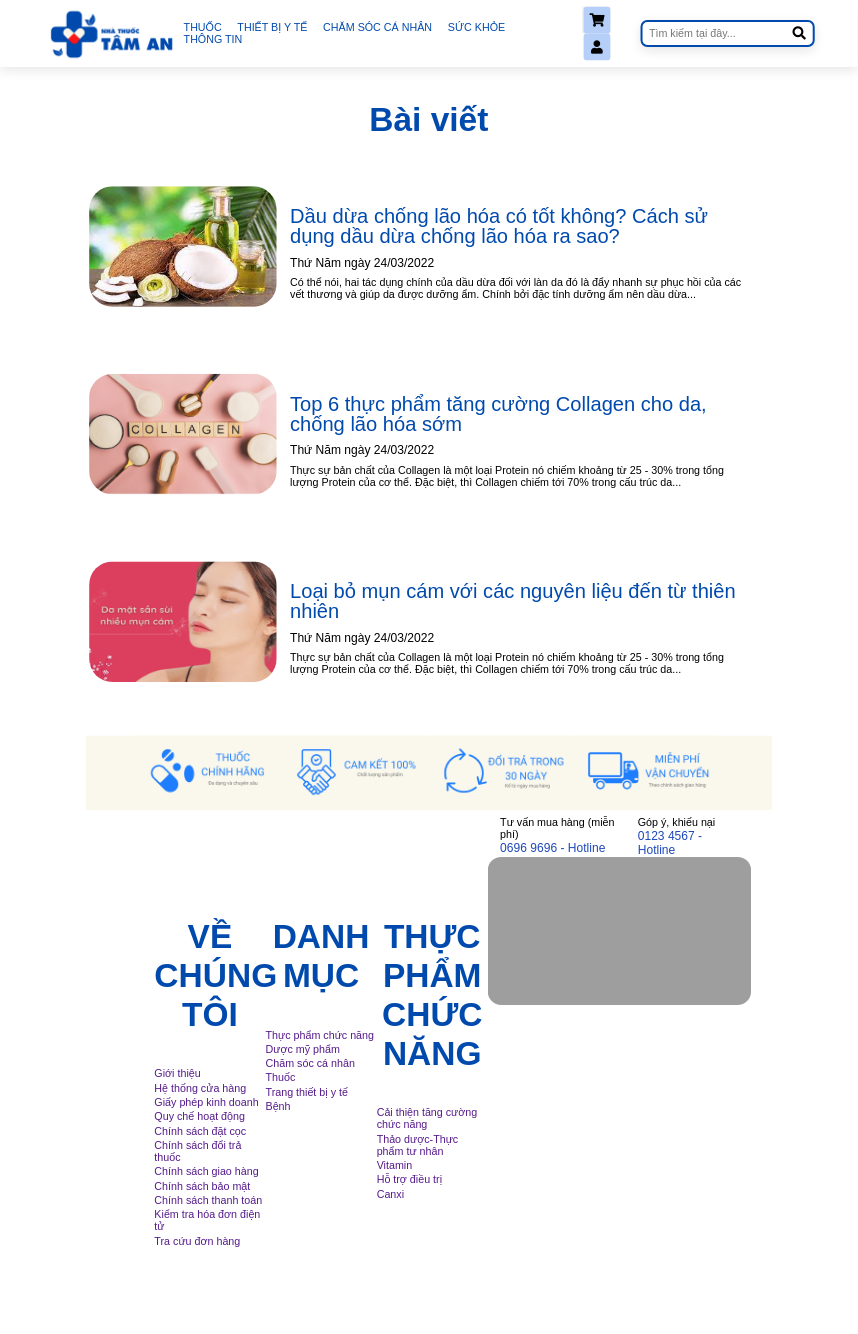
Repository: ViralAIWorks/TamAnPharmacy.github.io
Page: pages/chamsoccanhan.html
These files come from the project's save history. The page is drawn as it stood at one moment and after the next save; the edit follows.
The browser window is 1280 px wide. The pictures show the whole page, at 67% of full size.
Pictures or frames that could not be fetched are drawn as grey boxes. Some web fonts or font styles are not loaded; a fallback is used.

Above is the page before, as saved 2022-03-23 19:24:43.
Console error: ReferenceError: Swiper is not defined

After the next save:
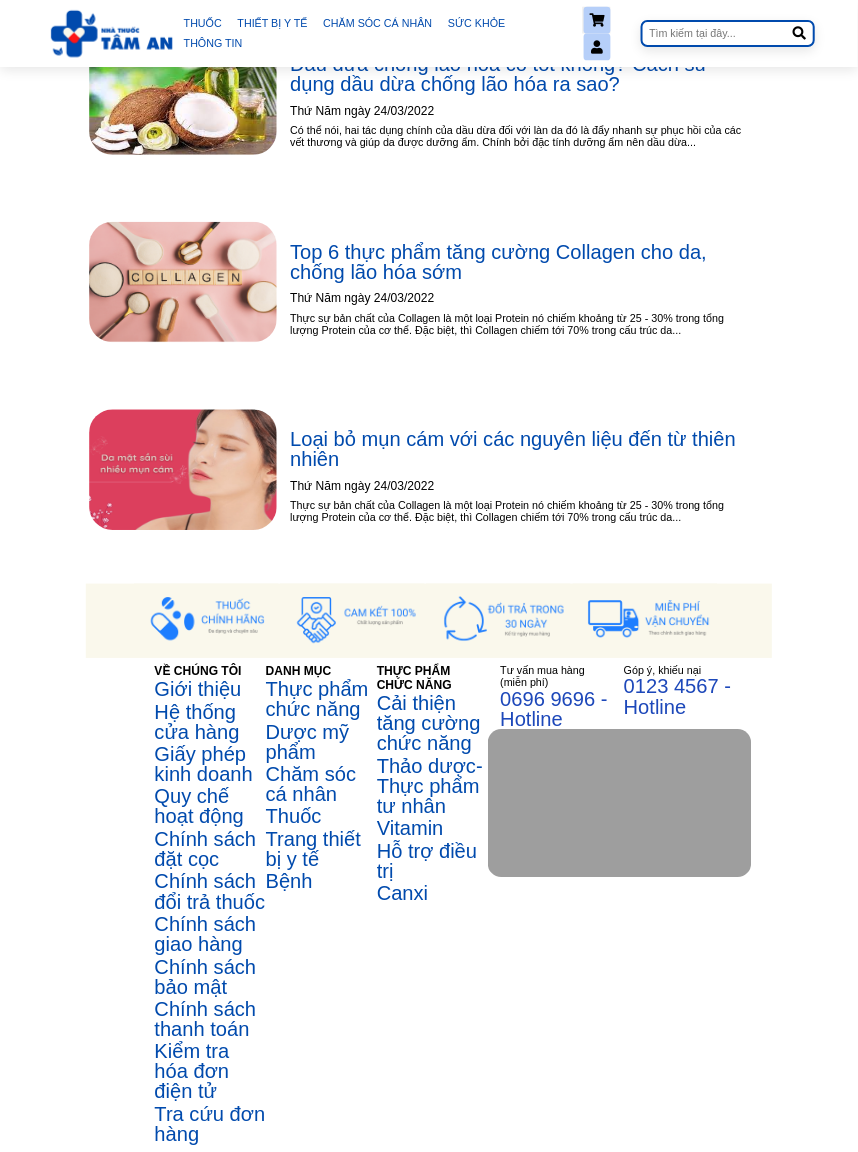
Saved 14 s later.
--- a/pages/chamsoccanhan.css
+++ b/pages/chamsoccanhan.css
@@ -188,15 +188,7 @@
 }
 
 .ss-chuyende-news {
-    margin: 10% 10%;
-}
-
-.ss-chuyende-news h2 {
-    margin-top: 150px;
-    margin-bottom: 50px;
-    color: #004aad;
-    font-size: 50px;
-    text-align: center;
+    margin: 10px 10%;
 }
 
 .logo {
@@ -210,7 +202,7 @@
     border-radius: 35px;
 }
 
-.blog-link a {
+a {
     color: #004aad;
     font-size: 30px;
     line-height: 30px;
